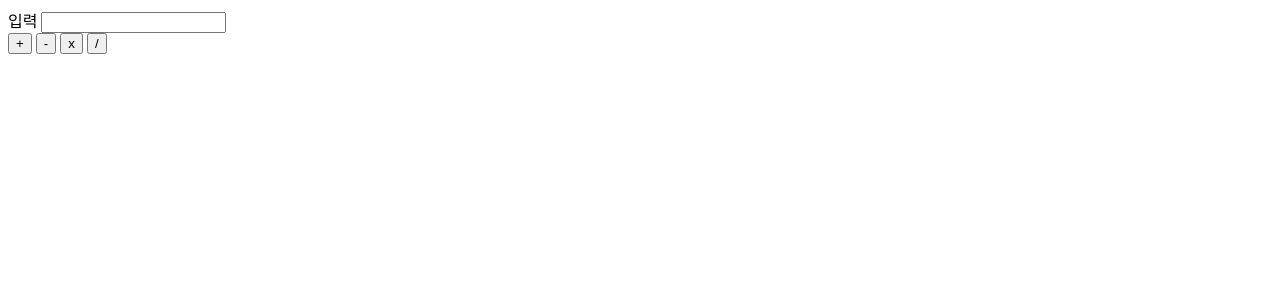
Repository: Hyun0000/JDBC_Jsp_Servelt_Newlec
Page: JSPProject/WebContent/calcul2.html
These files come from the project's save history. The page is drawn as it stood at one moment and after the next save; the edit follows.
The browser window is 1280 px wide. The pictures show the whole page.

Above is the page before, as saved 2021-09-05 05:10:52.

### JSPProject/WebContent/calcul2.html
<!DOCTYPE html>
<html>
<head>
	<meta charset="UTF-8">
	<title>Insert title here</title>
</head>

<body>
	<div>
		<form action="calcul" method = "post">

			<div>
				<label>입력</label>
				<input type="text" name = "v">
			</div>

			<div>
				<input type = "submit" name = "operator" value="+">
				<input type = "submit" name = "operator" value="-">
				<input type = "submit" name = "operator" value="x">
				<input type = "submit" name = "operator" value="/">
			</div>
		</form>
	</div>
</body>
</html>

After the next save:
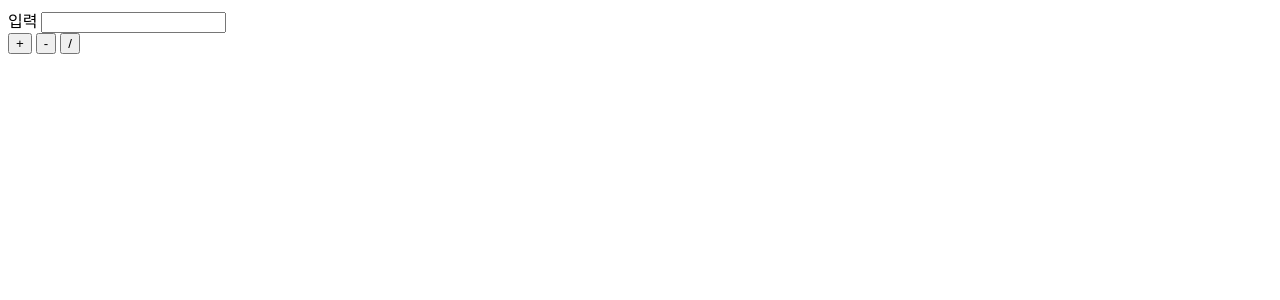
Saved 17 s later.
--- a/JSPProject/WebContent/calcul2.html
+++ b/JSPProject/WebContent/calcul2.html
@@ -17,7 +17,6 @@
 			<div>
 				<input type = "submit" name = "operator" value="+">
 				<input type = "submit" name = "operator" value="-">
-				<input type = "submit" name = "operator" value="x">
 				<input type = "submit" name = "operator" value="/">
 			</div>
 		</form>
